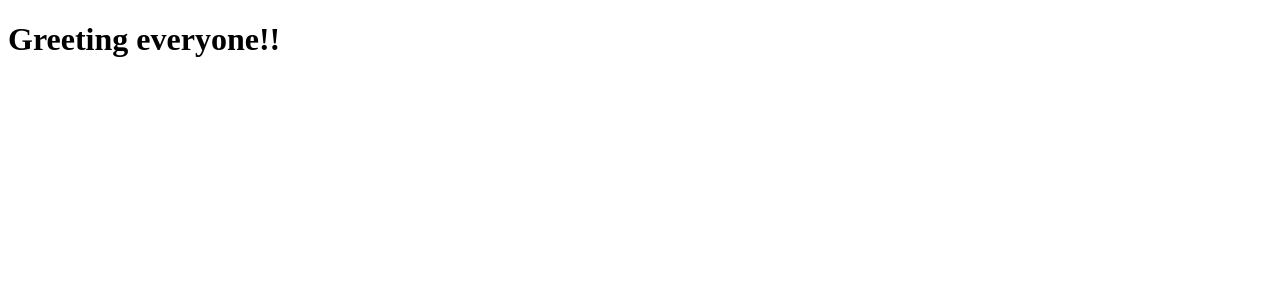
Repository: shalini06mittal/SynechronSpringBootMS
Page: http://localhost/SpringWebMVCDemo/welcome.jsp
The author's editor kept a copy of each file at every save. The page is drawn from the files as they stood at one save, then again after the next save.
The browser window is 1280 px wide. The pictures show the whole page.
The page is served by Tomcat 9.

Above is the page before, as saved 2023-12-04 07:18:09.

After the next save:
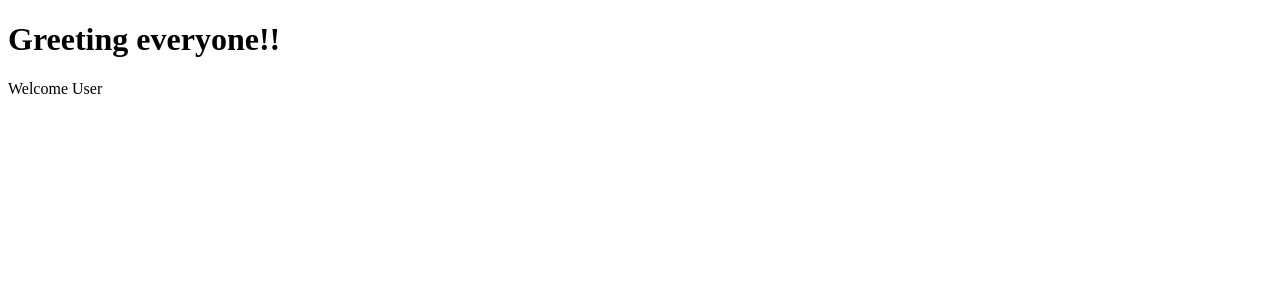
Saved 16 s later.
--- a/SpringWebMVCDemo/src/main/webapp/welcome.jsp
+++ b/SpringWebMVCDemo/src/main/webapp/welcome.jsp
@@ -8,5 +8,7 @@
 </head>
 <body>
 <h1>Greeting everyone!!</h1>
+<p>Welcome User</p>
+
 </body>
 </html>
